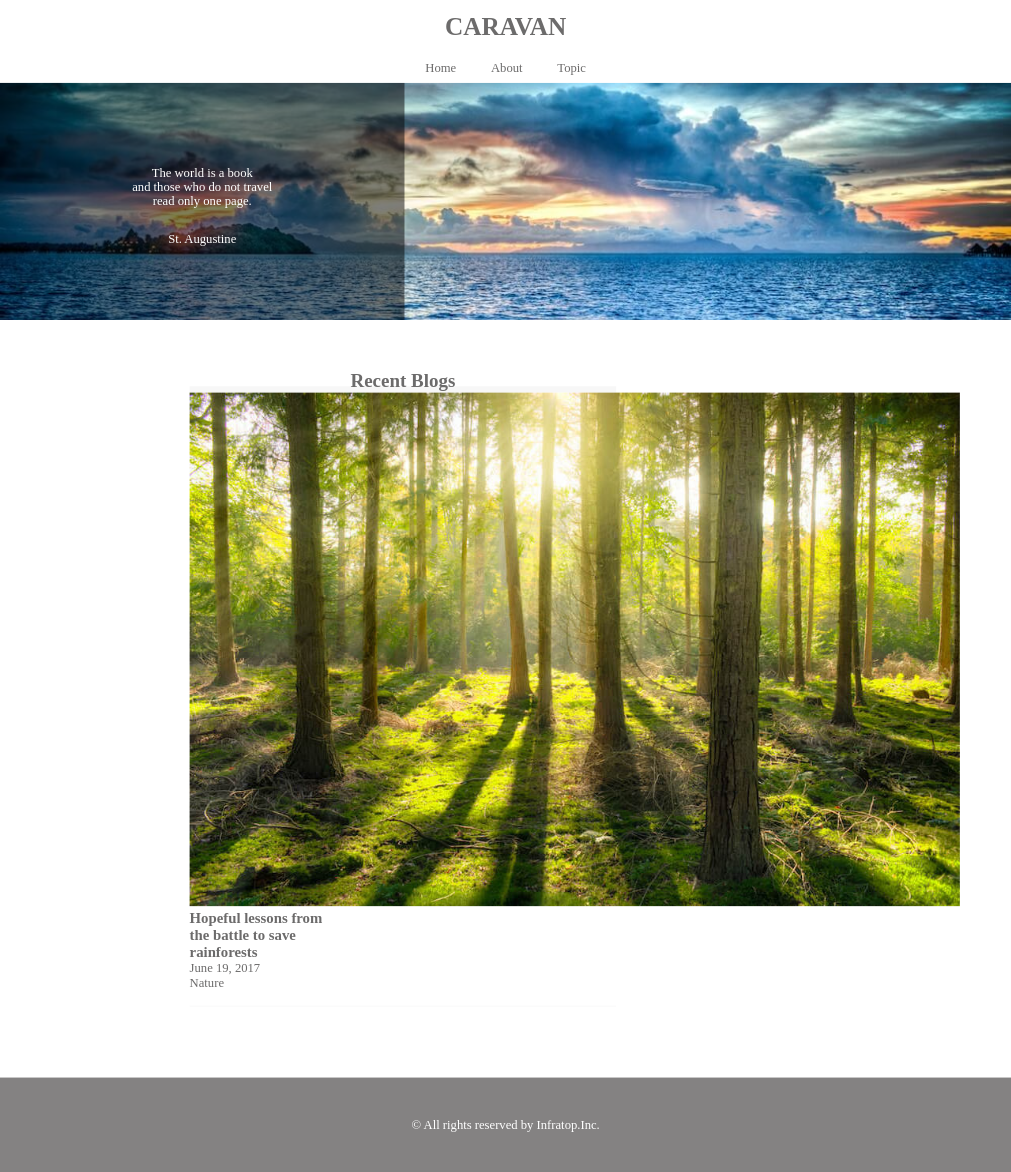
Repository: RAM-OK/git-practice
Page: caravan/index.html
The author's editor kept a record of every edit. The page is drawn from the files as they stood at one moment, then again after the next edit.
The browser window is 1280 px wide. The pictures show the whole page, at 79% of full size.

Above is the page before.

After the next edit:
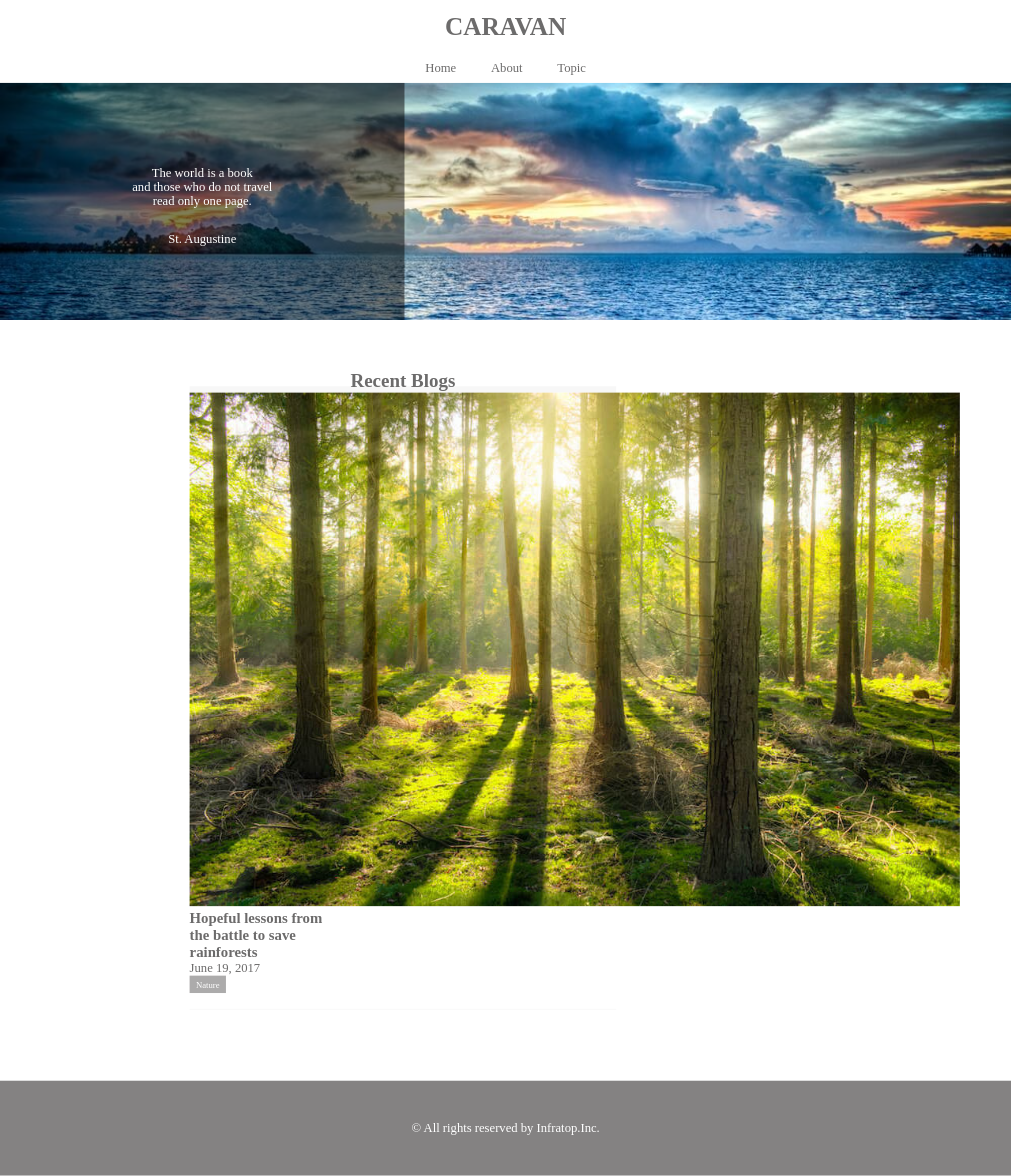
The edit:
--- a/caravan/style.css
+++ b/caravan/style.css
@@ -83,6 +83,15 @@
   border-bottom: 1px solid #f7f7f7;
 }
 
+.category {
+  display: inline-block;
+  padding: 5px 8px;
+  background-color: #acabab;
+  border-redius: 3px;
+  color: #fff;
+  font-size: 11px;
+}
+
 .sidebar {
   width: 230px;
 }
